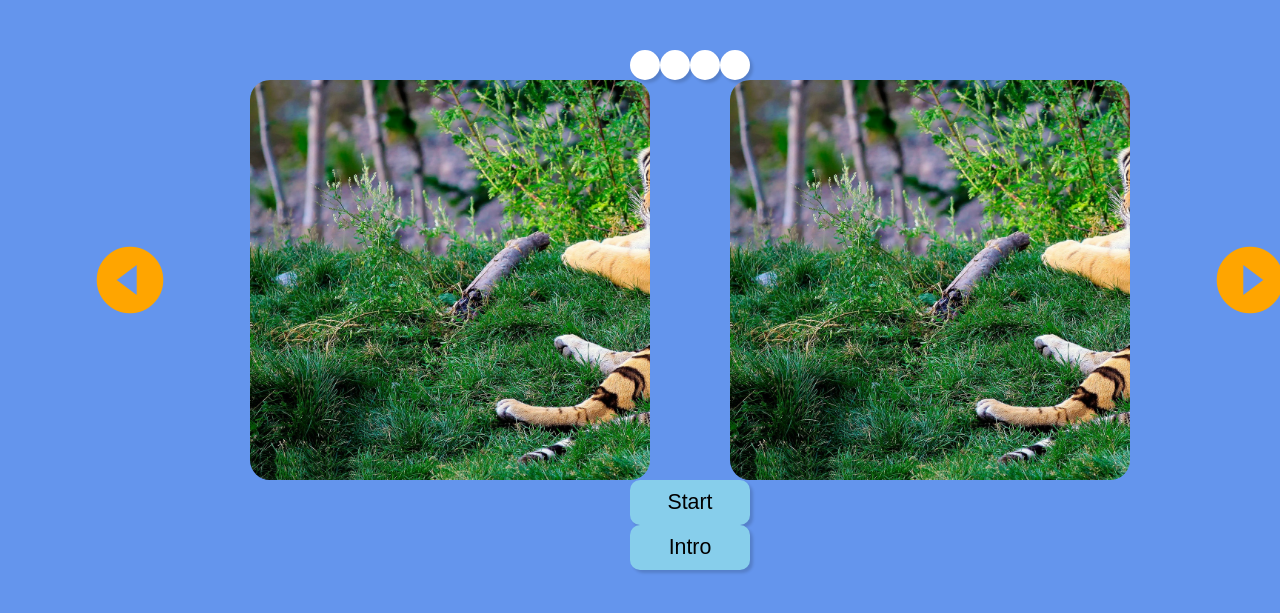
Repository: sylviaah/dynamicmidterm
Page: slider/slider.html
An editor plug-in stored every save of this project. The page is shown before and after the next save, followed by the edit.
The browser window is 1280 px wide. The pictures show the whole page.

Above is the page before, as saved 2020-03-13 12:55:07.

After the next save:
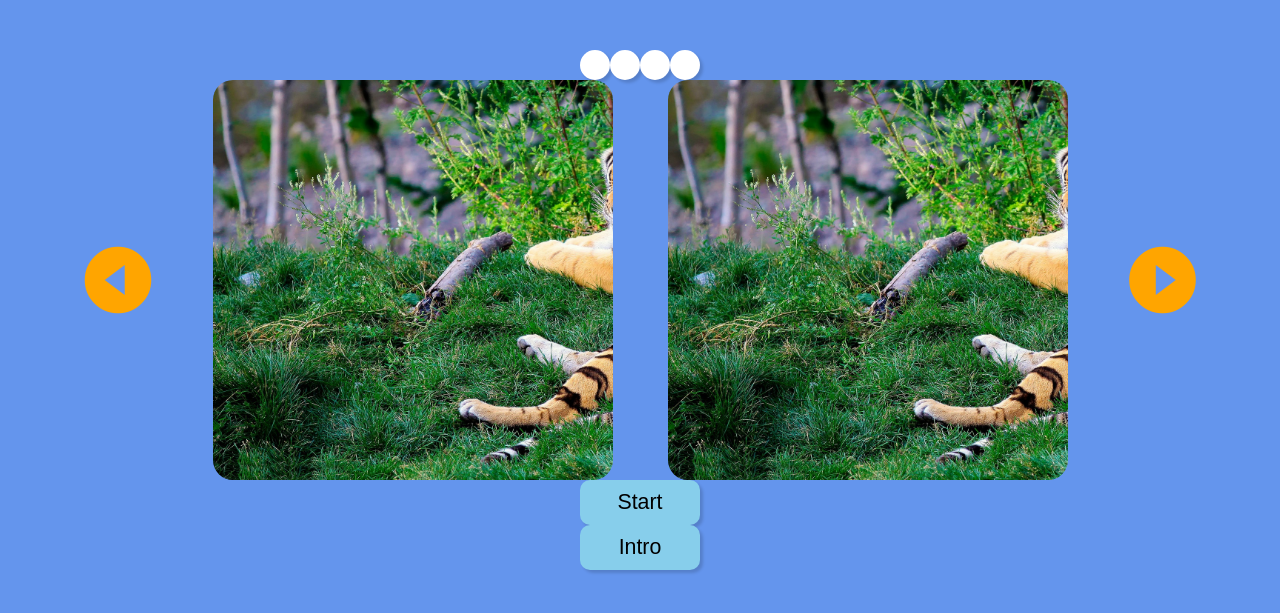
Saved 51 s later.
--- a/slider/slider.css
+++ b/slider/slider.css
@@ -5,9 +5,6 @@ body,html {
 
 .slider{
     padding: 50px;
-    position: fixed;
-    width: 100vw;
-    height: 100vh;
     display: flex;
     flex-direction: column;
     align-items: center;
